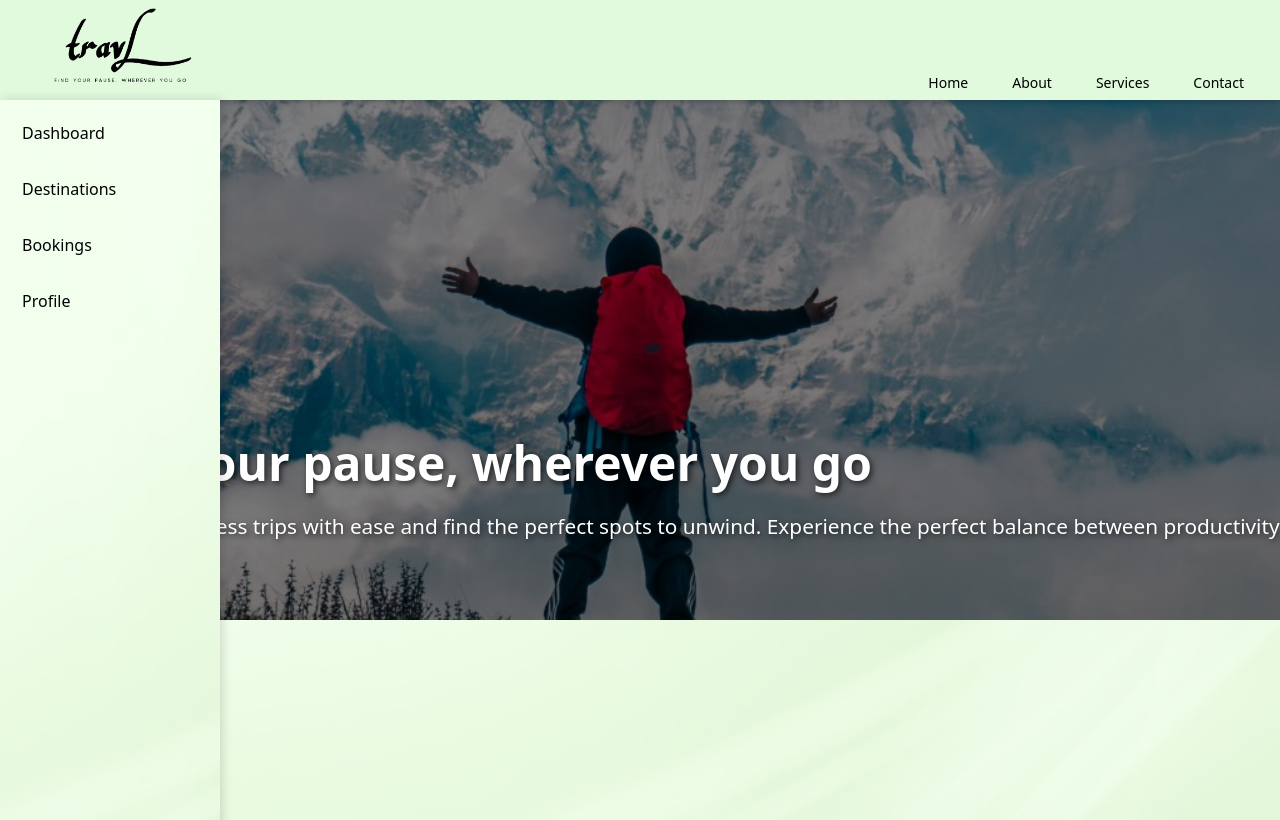
Repository: Nakib-Arman/Javafest25---travL
Page: / (app in Frontend/)
The author's editor kept a copy of each file at every save. The page is drawn from the files as they stood at one save, then again after the next save.
The browser window is 1280 px wide. The pictures show the whole page.
Pictures or frames that could not be fetched are drawn as grey boxes. The project was rebuilt for these pictures with package versions that can differ from the ones it lists, and the page was loaded fresh each time. Also part of the build but not shown: Frontend/vite.config.js.

Above is the page before, as saved 2025-08-13 14:02:41.

### Frontend/src/App.jsx
import { useState } from 'react'

import Home from './Components/Home'

function App() {
  const [count, setCount] = useState(0)

  return (
    <div>
      <Home/>
    </div>
  )
}

export default App

### Frontend/src/Components/Home.jsx
import React, { useState, useEffect } from 'react';
import '../CSS/Home.css';
import Topbar from './Topbar';
import Sidebar from './Sidebar';

import img1 from '../assets/travel1.jpg';
import img2 from '../assets/travel2.jpg';
import img3 from '../assets/travel3.jpg';
import logo from '../assets/Logo1.png';  // adjust the path as needed


export default function Home() {
  const images = [img1, img2, img3];
  const [currentIndex, setCurrentIndex] = useState(0);

  useEffect(() => {
    const timer = setInterval(() => {
      setCurrentIndex((prev) => (prev + 1) % images.length);
    }, 8000);
    return () => clearInterval(timer);
  }, [images.length]);

  return (
    <div className="home-container">
      <Topbar />
      <Sidebar />

      <div className="slideshow-container">
        <div
          className="slide-track"
          style={{ transform: `translateX(-${currentIndex * 100}%)` }}
        >
          {images.map((src, idx) => (
            <img key={idx} src={src} alt={`Slide ${idx}`} className="slide-image" />
          ))}
        </div>

        <div className="overlay-text">
          <h1>Find your pause, wherever you go</h1>
          <p>Plan your business trips with ease and find the perfect spots to unwind.
          Experience the perfect balance between productivity and relaxation.</p>
        </div>
      </div>
    </div>
  );
}

### Frontend/src/CSS/Home.css
.home-container {
    margin: 0;
    padding: 0;

    height: 100vh;
    width: 100vw;

    background-image: url('../assets/background2.jpg');
    background-position: center;
    background-repeat: no-repeat;
    background-size: cover;

    position: relative;
    color: black;
}


.home-container::before {
    content: '';
    position: absolute;
    top: 0;
    left: 0;
    right: 0;
    bottom: 0;
    background: rgba(241, 255, 238, 0.9);
    z-index: 1;
    pointer-events: none;
}



/* Slideshow adjusted to leave space for navbars */
.slideshow-container {
    position: relative;
    margin-top: 100px;
    /* space for topbar */
    margin-left: 0px;
    /* space for sidebar */
    width: 100%;
    height: calc(100% - 200px);
    /* 60% of viewport height */
    overflow: hidden;
    background-color: black;
    /* fallback */
    z-index: 2;
}

.slide-track {
    display: flex;
    transition: transform 0.8s ease-in-out;
    height: 100%;
}

.slide-image {
    min-width: 100%;
    height: 100%;
    object-fit: cover;
    opacity: 0.5;
}

/* Text overlay on slideshow */
.overlay-text {
    position: absolute;
    bottom: 5%;
    left: 5%;
    transform: none;
    text-align: left;
    color: white;
    text-shadow: 2px 2px 6px rgba(0, 0, 0, 0.7);
    z-index: 2;
}

.overlay-text h1 {
    font-size: 3rem;
    margin-bottom: 10px;
}

.overlay-text p {
    font-size: 1.3rem;
}

### Frontend/src/Components/Topbar.jsx
// src/components/Topbar.js
import React from 'react';
import '../CSS/Topbar.css';

export default function Topbar() {
  return (
    <nav className="topbar">
      <a className="logo-link" href="/"></a>

      <div className="nav-buttons">
        <button>Home</button>
        <button>About</button>
        <button>Services</button>
        <button>Contact</button>
      </div>
    </nav>
  );
}

### Frontend/src/Components/Sidebar.jsx
// src/components/Sidebar.js
import React from 'react';
import '../CSS/Sidebar.css';

export default function Sidebar() {
  return (
    <div className="sidebar">
      <button>Dashboard</button>
      <button>Destinations</button>
      <button>Bookings</button>
      <button>Profile</button>
    </div>
  );
}

### Frontend/src/CSS/Topbar.css
.topbar {
    position: fixed;
    top: 0;
    left: 0;
    right: 0;
    height: 100px;
    background-color: #e1fade;
    display: flex;
    justify-content: space-between;
    align-items: flex-end;
    padding: 0 20px;
    box-shadow: 0 2px 5px rgba(0,0,0,0.2);
    z-index: 1000;
  }

  /* Logo */
  .logo-link {
    display: inline-block;
    height: 100px;   /* make bigger if needed */
    width: 200px;
    background-image: url('../assets/Logo1.png');
    background-size: contain;
    background-repeat: no-repeat;
    background-position: center;
  }

  /* Navigation buttons container */
  .nav-buttons {
    display: flex;
    gap: 12px;
  }

  /* Button styling */
  .nav-buttons button {
    background-color: transparent;
    color: black;
    border: none;
    padding: 8px 16px;
    border-radius: 6px;
    font-size: 14px;
    font-weight: 500;
    cursor: pointer;
    transition: background-color 0.3s ease;
  }

  .nav-buttons button:hover {
    background-color: #354434;
    color: white;
  }

### Frontend/src/CSS/Sidebar.css
.sidebar {
  position: fixed;
  top: 100px;
  /* below topbar height */
  left: 0;
  width: 200px;
  height: 100vh;
  /* background-color: ; */
  background-image: url('../assets/background2.jpg');
    background-position: center;
    background-repeat: no-repeat;
    background-size: cover;
  display: flex;
  flex-direction: column;
  padding: 10px;
  gap: 10px;
  z-index: 1050;

  /* Border + shadow */
  /* border: 1px solid rgba(0, 0, 0, 0.2); */
  box-shadow: 2px 0 10px rgba(0, 0, 0, 0.15);
}


.sidebar::before {
  content: '';
  position: absolute;
  top: 0;
  left: 0;
  right: 0;
  bottom: 0;
  background: rgba(241, 255, 238, 0.9);
  z-index: 1;
  pointer-events: none;
}


.sidebar button {
  background-color: transparent;
  color: black;
  border: none;
  padding: 12px;
  text-align: left;
  border-radius: 4px;
  cursor: pointer;
  transition: background-color 0.3s ease;
  z-index: 2;
}

.sidebar button:hover {
  background-color: #666;
}

Loaded but not shown: Frontend/index.html (common file); Frontend/src/main.jsx (common file); Frontend/src/index.css (common file)

After the next save:
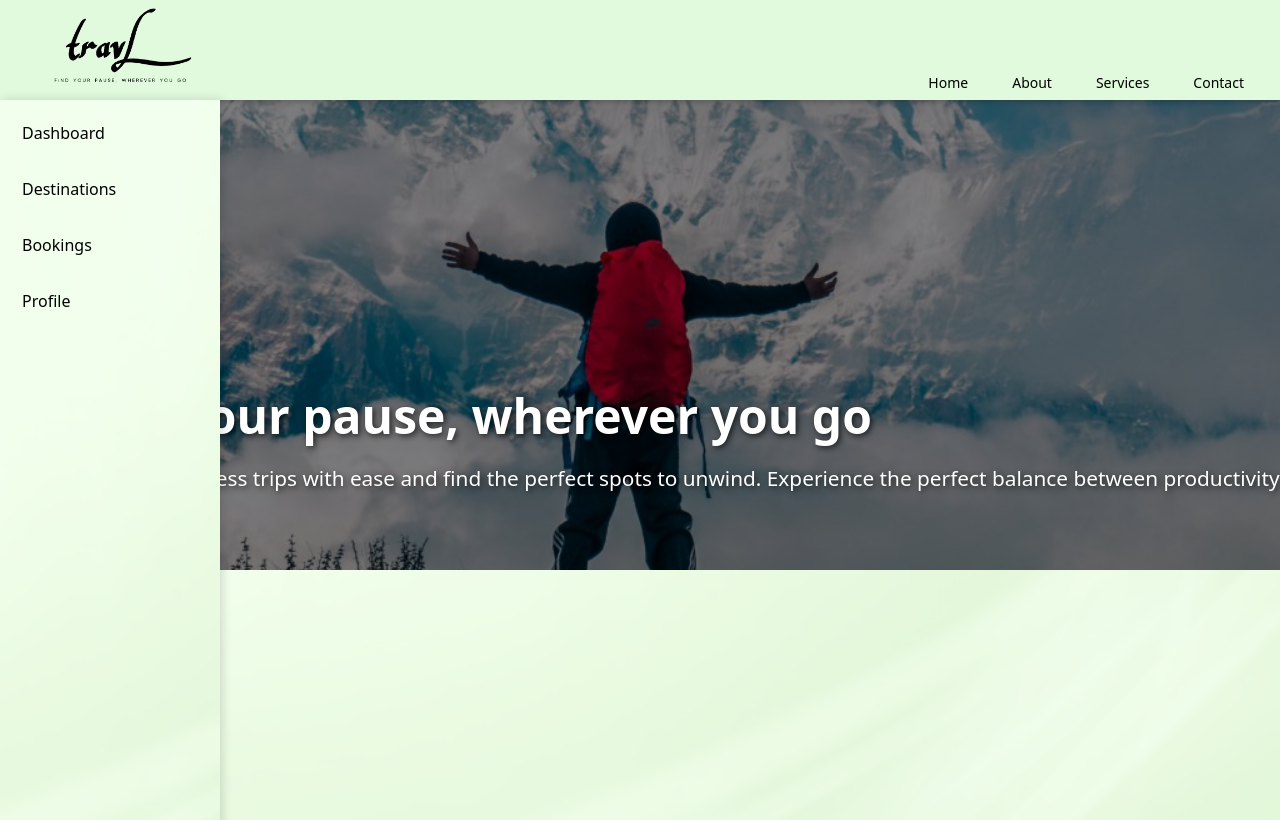
Saved 32 s later.
--- a/Frontend/src/CSS/Home.css
+++ b/Frontend/src/CSS/Home.css
@@ -37,7 +37,7 @@
     margin-left: 0px;
     /* space for sidebar */
     width: 100%;
-    height: calc(100% - 200px);
+    height: calc(100% - 250px);
     /* 60% of viewport height */
     overflow: hidden;
     background-color: black;
